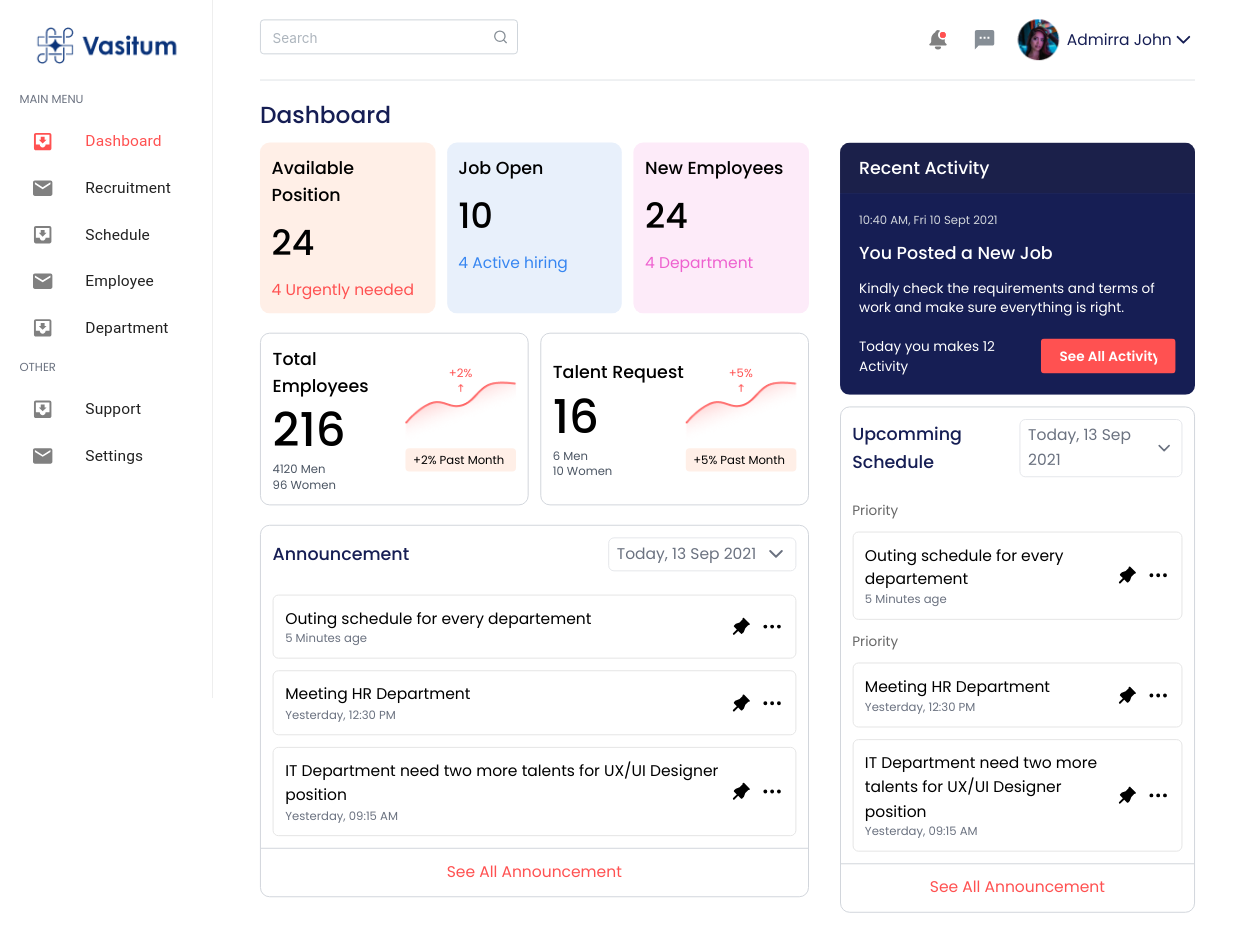
Repository: SatyaDewangan05/sample-dashboard
Page: /
The author's editor kept a copy of each file at every save. The page is drawn from the files as they stood at one save, then again after the next save.
The browser window is 1280 px wide. The pictures show the whole page, at 97% of full size.
The project was rebuilt for these pictures with package versions that can differ from the ones it lists, and the page was loaded fresh each time. The framework's server and built-in components were replaced by stand-ins that run in the browser. Also part of the build but not shown: next.config.mjs.

Above is the page before, as saved 2024-09-22 09:19:52.

### src/app/layout.js
import localFont from "next/font/local";
import "./globals.css";
import { MantineProvider } from "@mantine/core";
import "@mantine/core/styles.css";

const geistSans = localFont({
  src: "./fonts/GeistVF.woff",
  variable: "--font-geist-sans",
  weight: "100 900",
});
const geistMono = localFont({
  src: "./fonts/GeistMonoVF.woff",
  variable: "--font-geist-mono",
  weight: "100 900",
});

import { Poppins } from "next/font/google";
const poppins = Poppins({
  weight: ["400", "500", "600", "700"], // You can choose different weights like '300', '500' etc.
  subsets: ["latin"],
});

export const metadata = {
  title: "Create Next App",
  description: "Generated by create next app",
};

export default function RootLayout({ children }) {
  return (
    <html lang="en">
      <body className={`${poppins.className} antialiased bg-white`}>
        <MantineProvider>{children}</MantineProvider>
      </body>
    </html>
  );
}

### src/app/page.jsx
"use client";

import Image from "next/image";
import MiniDrawer from "./components/Drawer";
import {
  ActionIcon,
  Anchor,
  Avatar,
  Button,
  Divider,
  Indicator,
  TextInput,
  Title,
} from "@mantine/core";
import { Search } from "lucide-react";
import {
  IconBellFilled,
  IconChevronCompactDown,
  IconChevronDown,
  IconDots,
  IconPinFilled,
} from "@tabler/icons-react";
import TextsmsIcon from "@mui/icons-material/Textsms";
import DP from "@/images/dp.png";
import ThreeData from "./components/card/ThreeData";
import DetailChart from "./components/card/DetailChart";
import Event from "./components/card/Event";

export default function Home() {
  return (
    <div className="flex">
      <MiniDrawer />
      <div className="w-full px-12">
        {/* Top Bar */}
        <div className="w-full py-5 flex justify-between">
          <TextInput placeholder="Search" rightSection={<Search size={16} />} />
          <div className="flex items-center gap-5">
            <ActionIcon
              variant="transparent"
              color="gray"
              // c="black"
              aria-label="Settings"
            >
              <Indicator color="#FF5151" offset={7} withBorder>
                <IconBellFilled color="gray" />
              </Indicator>
            </ActionIcon>
            <ActionIcon
              variant="transparent"
              color="gray"
              // c="black"
              aria-label="Settings"
            >
              <TextsmsIcon color="gray" />
            </ActionIcon>
            <div className="flex gap-2 items-center">
              <Image src={DP} />
              <Anchor
                href="https://mantine.dev/"
                target="_blank"
                underline="never"
                c="#161E54"
              >
                <div className="flex items-center">
                  Admirra John
                  <IconChevronDown />
                </div>
              </Anchor>
            </div>
          </div>
        </div>

        <Divider />

        <div className="w-full py-5">
          <p className="text-2xl font-medium text-[#161E54]">Dashboard</p>
          <div className="py-3 grid grid-cols-5 gap-8">
            <div className="col-span-3 flex flex-col gap-5">
              <div className="grid grid-cols-3 gap-3">
                <ThreeData
                  heading="Available Position"
                  figure={24}
                  text="4 Urgently needed"
                  bgColor="#FFEFE7"
                  textColor="#FF5151"
                />
                <ThreeData
                  heading="Job Open"
                  figure={10}
                  text="4 Active hiring"
                  bgColor="#E8F0FB"
                  textColor="#3786F1"
                />
                <ThreeData
                  heading="New Employees"
                  figure={24}
                  text="4 Department"
                  bgColor="#FDEBF9"
                  textColor="#EE61CF"
                />
              </div>
              <div className="grid grid-cols-2 gap-3">
                <DetailChart
                  heading="Total Employees"
                  figure={216}
                  texts={["4120 Men", "96 Women"]}
                  variation="+2%"
                />
                <DetailChart
                  heading="Talent Request"
                  figure={16}
                  texts={["6 Men", "10 Women"]}
                  variation="+5%"
                />
              </div>

              <div className="rounded-[10px] border border-gray-300">
                <div className="p-3 flex justify-between items-center">
                  <p className="text-lg font-medium text-[#161E54]">
                    Announcement
                  </p>
                  <div className="px-2 py-1 rounded-md border border-gray-200 flex items-center gap-2 text-gray-500">
                    <p>Today, 13 Sep 2021</p>
                    <IconChevronDown />
                  </div>
                </div>
                <div className="p-3 flex flex-col gap-3">
                  <Event
                    text="Outing schedule for every departement"
                    lastUpdate="5 Minutes age"
                  />
                  <Event
                    text="Meeting HR Department"
                    lastUpdate="Yesterday, 12:30 PM"
                  />
                  <Event
                    text="IT Department need two more talents for UX/UI Designer position"
                    lastUpdate="Yesterday, 09:15 AM"
                  />
                </div>
                <Divider color="#d1d5db" />
                <div className="p-3 text-[#FF5151] text-center hover:text-opacity-60 hover:cursor-pointer">
                  {" "}
                  See All Announcement
                </div>
              </div>
            </div>
            <div className="col-span-2 flex flex-col gap-3">
              <div className="rounded-[10px] overflow-hidden text-white">
                <p className="px-5 py-3 text-lg font-medium bg-[#1B204A]">
                  Recent Activity
                </p>
                <div className="p-5 bg-[#161E54]">
                  <p className="text-xs text-gray-300">
                    10:40 AM, Fri 10 Sept 2021
                  </p>
                  <p className="mt-3 text-lg font-medium">
                    You Posted a New Job
                  </p>
                  <p className="mt-3 text-sm">
                    Kindly check the requirements and terms of work and make
                    sure everything is right.
                  </p>
                  <div className="mt-5 flex justify-between items-center">
                    <p className="text-sm">Today you makes 12 Activity</p>
                    <Button color="#FF5151" c="white">
                      See All Activity
                    </Button>
                  </div>
                </div>
              </div>
              <div className="rounded-[10px] border border-gray-300">
                <div className="p-3 flex justify-between items-center">
                  <p className="text-lg font-medium text-[#161E54]">
                    Upcomming Schedule
                  </p>
                  <div className="px-2 py-1 rounded-md border border-gray-200 flex items-center gap-2 text-gray-500">
                    <p>Today, 13 Sep 2021</p>
                    <IconChevronDown />
                  </div>
                </div>
                <div className="p-3 flex flex-col gap-3">
                  <p className="text-sm text-[#686868]">Priority</p>
                  <Event
                    text="Outing schedule for every departement"
                    lastUpdate="5 Minutes age"
                  />
                  <p className="text-sm text-[#686868]">Priority</p>
                  <Event
                    text="Meeting HR Department"
                    lastUpdate="Yesterday, 12:30 PM"
                  />
                  <Event
                    text="IT Department need two more talents for UX/UI Designer position"
                    lastUpdate="Yesterday, 09:15 AM"
                  />
                </div>
                <Divider color="#d1d5db" />
                <div className="p-3 text-[#FF5151] text-center hover:text-opacity-60 hover:cursor-pointer">
                  {" "}
                  See All Announcement
                </div>
              </div>
            </div>
          </div>
        </div>
      </div>
    </div>
  );
}

### src/app/globals.css
@tailwind base;
@tailwind components;
@tailwind utilities;

:root {
  --background: #ffffff;
  --foreground: #171717;
}

/* @media (prefers-color-scheme: dark) {
  :root {
    --background: #0a0a0a;
    --foreground: #ededed;
  }
} */

body {
  color: var(--foreground);
  background: var(--background);
  font-family: Arial, Helvetica, sans-serif;
}

@layer utilities {
  .text-balance {
    text-wrap: balance;
  }
}

@layer base {
  :root {
    --background: 0 0% 100%;
    --foreground: 0 0% 3.9%;
    --card: 0 0% 100%;
    --card-foreground: 0 0% 3.9%;
    --popover: 0 0% 100%;
    --popover-foreground: 0 0% 3.9%;
    --primary: 0 0% 9%;
    --primary-foreground: 0 0% 98%;
    --secondary: 0 0% 96.1%;
    --secondary-foreground: 0 0% 9%;
    --muted: 0 0% 96.1%;
    --muted-foreground: 0 0% 45.1%;
    --accent: 0 0% 96.1%;
    --accent-foreground: 0 0% 9%;
    --destructive: 0 84.2% 60.2%;
    --destructive-foreground: 0 0% 98%;
    --border: 0 0% 89.8%;
    --input: 0 0% 89.8%;
    --ring: 0 0% 3.9%;
    --chart-1: 12 76% 61%;
    --chart-2: 173 58% 39%;
    --chart-3: 197 37% 24%;
    --chart-4: 43 74% 66%;
    --chart-5: 27 87% 67%;
    --radius: 0.5rem;
  }
  .dark {
    --background: 0 0% 3.9%;
    --foreground: 0 0% 98%;
    --card: 0 0% 3.9%;
    --card-foreground: 0 0% 98%;
    --popover: 0 0% 3.9%;
    --popover-foreground: 0 0% 98%;
    --primary: 0 0% 98%;
    --primary-foreground: 0 0% 9%;
    --secondary: 0 0% 14.9%;
    --secondary-foreground: 0 0% 98%;
    --muted: 0 0% 14.9%;
    --muted-foreground: 0 0% 63.9%;
    --accent: 0 0% 14.9%;
    --accent-foreground: 0 0% 98%;
    --destructive: 0 62.8% 30.6%;
    --destructive-foreground: 0 0% 98%;
    --border: 0 0% 14.9%;
    --input: 0 0% 14.9%;
    --ring: 0 0% 83.1%;
    --chart-1: 220 70% 50%;
    --chart-2: 160 60% 45%;
    --chart-3: 30 80% 55%;
    --chart-4: 280 65% 60%;
    --chart-5: 340 75% 55%;
  }
}

@layer base {
  * {
    @apply border-border;
  }
  body {
    @apply bg-background text-foreground;
  }
}

### src/app/components/Drawer.jsx
"use client";

import { styled } from "@mui/material/styles";
import MuiDrawer from "@mui/material/Drawer";
import List from "@mui/material/List";
import IconButton from "@mui/material/IconButton";
import MenuIcon from "@mui/icons-material/Menu";

import ListItem from "@mui/material/ListItem";
import ListItemButton from "@mui/material/ListItemButton";
import ListItemIcon from "@mui/material/ListItemIcon";
import ListItemText from "@mui/material/ListItemText";
import InboxIcon from "@mui/icons-material/MoveToInbox";
import MailIcon from "@mui/icons-material/Mail";
import { useState } from "react";
import Image from "next/image";

import Logo from "@/images/logo.svg";
import LogoWithName from "@/images/logo_with_name.png";

const drawerWidth = 220;

const openedMixin = (theme) => ({
  width: drawerWidth,
  transition: theme.transitions.create("width", {
    easing: theme.transitions.easing.sharp,
    duration: theme.transitions.duration.enteringScreen,
  }),
  overflowX: "hidden",
});

const closedMixin = (theme) => ({
  transition: theme.transitions.create("width", {
    easing: theme.transitions.easing.sharp,
    duration: theme.transitions.duration.leavingScreen,
  }),
  overflowX: "hidden",
  width: "80px",
  [theme.breakpoints.up("sm")]: {
    width: "80px",
  },
});

const DrawerHeader = styled("div")(({ theme }) => ({
  display: "flex",
  alignItems: "center",
  justifyContent: "center",
  padding: "20px",
  // necessary for content to be below app bar
  ...theme.mixins.toolbar,
}));

const Drawer = styled(MuiDrawer, {
  shouldForwardProp: (prop) => prop !== "open",
})(({ theme }) => ({
  width: drawerWidth,
  flexShrink: 0,
  whiteSpace: "nowrap",
  boxSizing: "border-box",
  variants: [
    {
      props: ({ open }) => open,
      style: {
        ...openedMixin(theme),
        "& .MuiDrawer-paper": openedMixin(theme),
      },
    },
    {
      props: ({ open }) => !open,
      style: {
        ...closedMixin(theme),
        "& .MuiDrawer-paper": closedMixin(theme),
      },
    },
  ],
}));

export default function MiniDrawer() {
  const [open, setOpen] = useState(true);

  const [active, setActive] = useState("Dashboard");

  return (
    <Drawer variant="permanent" open={open}>
      <DrawerHeader>
        <IconButton onClick={() => setOpen((prevState) => !prevState)}>
          {open ? (
            <Image src={LogoWithName} alt="Images" />
          ) : (
            <Image className="mx-auto" src={Logo} alt="Images" />
          )}
        </IconButton>
      </DrawerHeader>
      <p
        className={`h-5 uppercase text-xs  text-gray-500 ${
          open ? "pl-5" : "text-center"
        }`}
      >
        Main Menu
      </p>
      <List>
        {["Dashboard", "Recruitment", "Schedule", "Employee", "Department"].map(
          (text, index) => (
            <ListItem key={text} disablePadding sx={{ display: "block" }}>
              <ListItemButton
                sx={[
                  {
                    minHeight: 48,
                    px: 2,
                    color: active === text ? "#FF5151" : "unset",
                  },
                  open
                    ? {
                        justifyContent: "initial",
                      }
                    : {
                        justifyContent: "center",
                      },
                ]}
                onClick={() => setActive(text)}
              >
                <ListItemIcon
                  sx={[
                    {
                      //   minWidth: 0,
                      justifyContent: "center",
                      color: active === text ? "#FF5151" : "gray",
                    },
                    open
                      ? {
                          mr: 2,
                        }
                      : {
                          mx: "auto",
                        },
                  ]}
                >
                  {index % 2 === 0 ? <InboxIcon /> : <MailIcon />}
                </ListItemIcon>
                <ListItemText
                  primary={text}
                  sx={[
                    open
                      ? {
                          opacity: 1,
                        }
                      : {
                          opacity: 0,
                        },
                  ]}
                />
              </ListItemButton>
            </ListItem>
          )
        )}
      </List>
      <p
        className={`h-5 uppercase text-xs text-gray-500 ${
          open ? " pl-5" : "text-center"
        }`}
      >
        Other
      </p>
      <List>
        {["Support", "Settings"].map((text, index) => (
          <ListItem key={text} disablePadding sx={{ display: "block" }}>
            <ListItemButton
              sx={[
                {
                  minHeight: 48,
                  px: 2,
                },
                open
                  ? {
                      justifyContent: "initial",
                    }
                  : {
                      justifyContent: "center",
                    },
              ]}
              onClick={() => setActive(text)}
            >
              <ListItemIcon
                sx={[
                  {
                    justifyContent: "center",
                    color: active === text ? "#FF5151" : "gray",
                  },
                  open
                    ? {
                        mr: 2,
                      }
                    : {
                        mx: "auto",
                      },
                ]}
              >
                {index % 2 === 0 ? <InboxIcon /> : <MailIcon />}
              </ListItemIcon>
              <ListItemText
                primary={text}
                sx={[
                  open
                    ? {
                        opacity: 1,
                      }
                    : {
                        opacity: 0,
                      },
                ]}
              />
            </ListItemButton>
          </ListItem>
        ))}
      </List>
    </Drawer>
  );
}

### src/app/components/card/ThreeData.jsx
const ThreeData = ({ heading, figure, text, bgColor, textColor }) => {
  return (
    <div
      className="p-3 rounded-[10px] flex flex-col gap-2"
      style={{ backgroundColor: bgColor ? bgColor : "gray" }}
    >
      <p className="text-lg font-medium">{heading}</p>
      <p className="text-[36px] font-medium">{figure}</p>
      <p
        className="text-base"
        style={{ color: textColor ? textColor : "white" }}
      >
        {text}
      </p>
    </div>
  );
};

export default ThreeData;

### src/app/components/card/DetailChart.jsx
import Image from "next/image";
import Graph from "@/images/graph.png";
import GraphLine from "@/images/graph-line.png";
import UpArrow from "@/images/up-arrow.png";

const DetailChart = ({ heading, figure, texts, variation }) => {
  return (
    <div className="p-3 rounded-[10px] border border-gray-300 flex justify-between items-center">
      <div className="flex flex-col gap-2">
        <p className="text-lg font-medium">{heading}</p>
        <p className="text-5xl font-medium">{figure}</p>
        <div>
          {Array.isArray(texts)
            ? texts.map((text, index) => (
                <p key={index} className="text-xs text-gray-600">
                  {text}
                </p>
              ))
            : null}
        </div>
      </div>
      <div className="flex flex-col justify-center">
        <div className="flex flex-col  items-center">
          <p className="text-xs text-[#FF5151] text-center">{variation}</p>
          <div className="h-[69px] w-[114px] relative">
            <Image
              src={UpArrow}
              className="absolute -top-[2px] left-1/2 -translate-x-1/2 z-30"
            />
            <Image src={GraphLine} className="absolute top-0 z-30" />
            <Image src={Graph} className="absolute top-0 z-30" />
          </div>
        </div>
        <div className="px-2 py-1 text-xs rounded bg-[#FFEFE7]">
          {variation} Past Month
        </div>
      </div>
    </div>
  );
};

export default DetailChart;

### src/app/components/card/Event.jsx
import { IconDots, IconPinFilled } from "@tabler/icons-react";
import { useState } from "react";

const Event = ({ text, lastUpdate }) => {
  const [pinned, setPinned] = useState(false);
  return (
    <div className="w-full p-3 rounded-md border flex justify-between items-center">
      <div>
        <p>{text}</p>
        <p className="text-xs text-gray-500">{lastUpdate}</p>
      </div>
      <div className="flex gap-2 items-center">
        <IconPinFilled
          color={pinned ? "gray" : "unset"}
          className="hover:cursor-pointer"
          onClick={() => setPinned((prevState) => !prevState)}
        />
        <IconDots />
      </div>
    </div>
  );
};

export default Event;

Loaded but not shown: tailwind.config.js (common file)

After the next save:
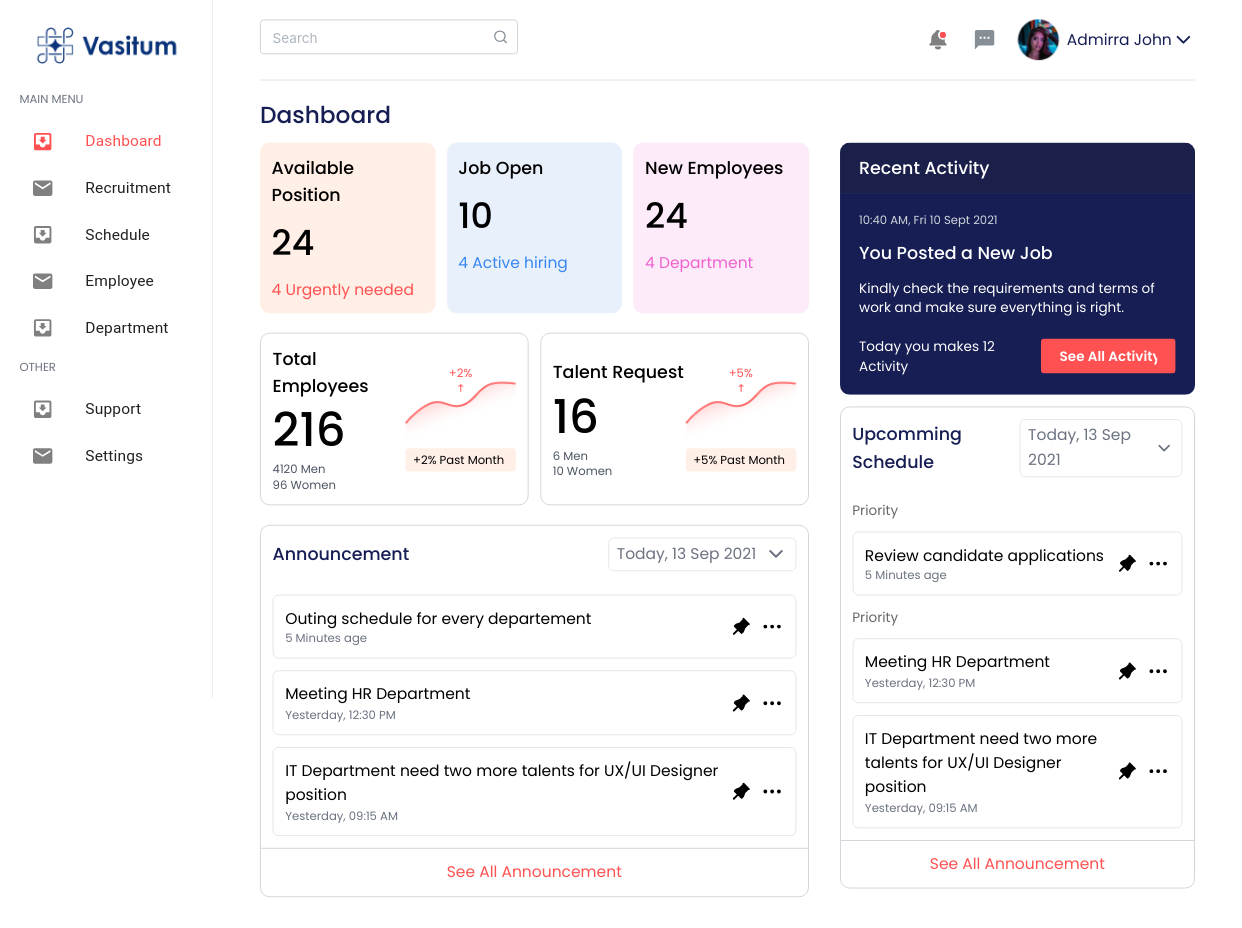
Saved 15 s later.
--- a/src/app/page.jsx
+++ b/src/app/page.jsx
@@ -182,7 +182,7 @@ export default function Home() {
                 <div className="p-3 flex flex-col gap-3">
                   <p className="text-sm text-[#686868]">Priority</p>
                   <Event
-                    text="Outing schedule for every departement"
+                    text="Review candidate applications"
                     lastUpdate="5 Minutes age"
                   />
                   <p className="text-sm text-[#686868]">Priority</p>
